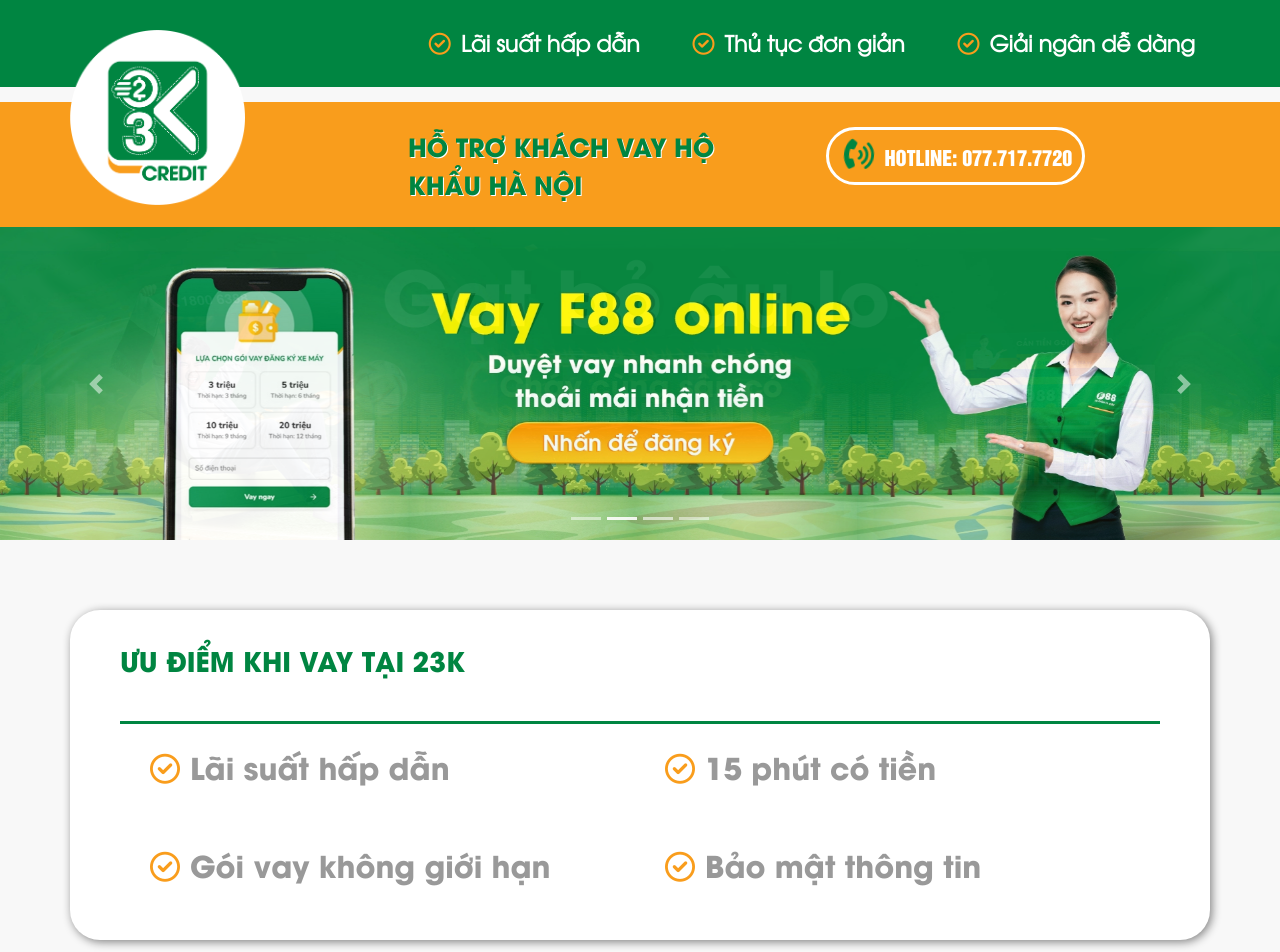
Repository: anhtu2110/23k.vn
Page: theme/index.html
The author's editor kept a copy of each file at every save. The page is drawn from the files as they stood at one save, then again after the next save.
The browser window is 1280 px wide. The pictures show the part of the page from y = 0 to 952 px (the page is 1984 px tall).
A picture or video elsewhere on the page could not be fetched, so the positions and the page height are approximate.

Above is the page before, as saved 2022-12-29 21:43:25.

After the next save:
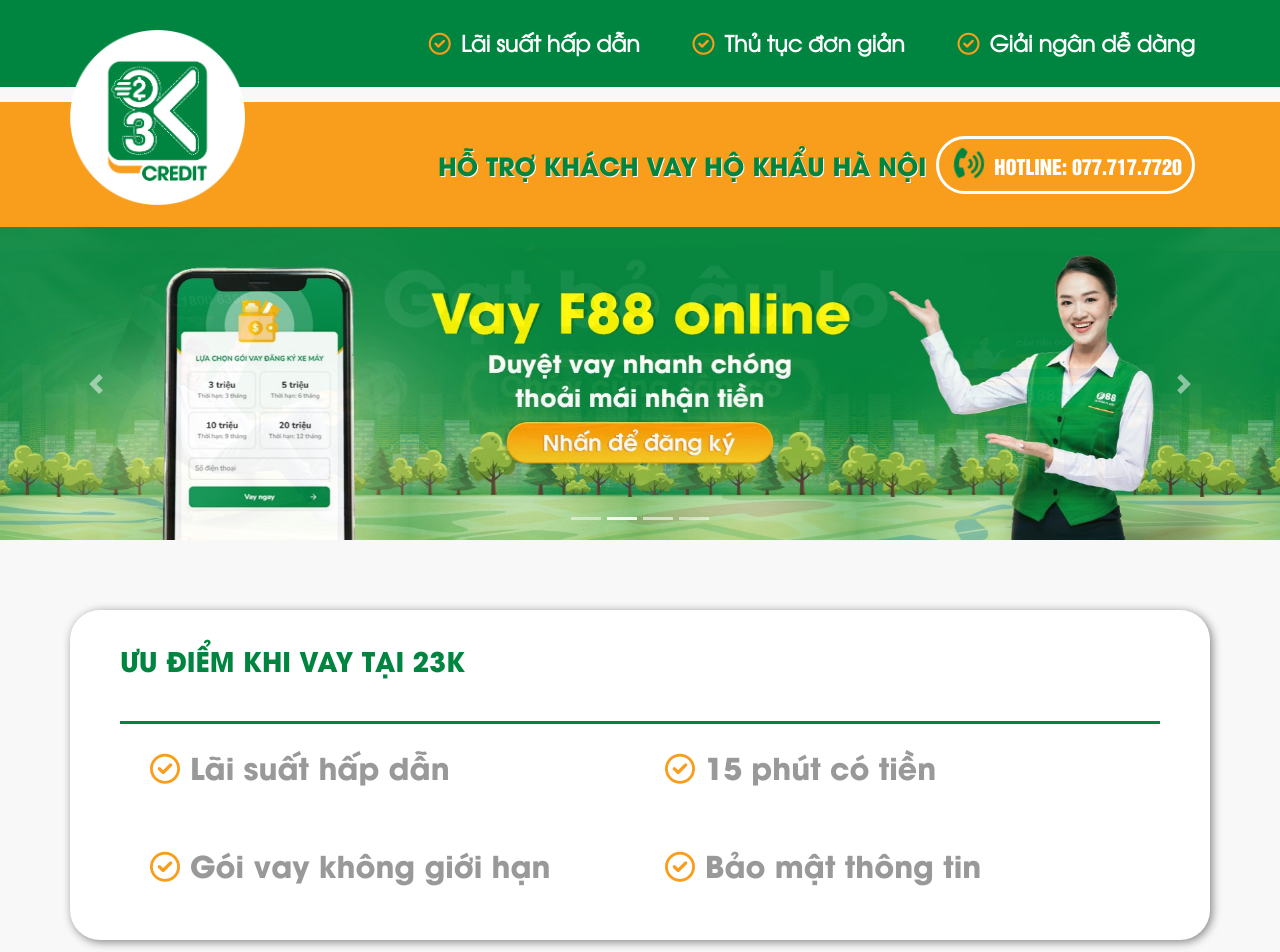
Saved 16 s later.
--- a/theme/index.html
+++ b/theme/index.html
@@ -40,23 +40,11 @@
             </div>
             <div class="header-bottom">
                 <div class="container">
-                    <div class="row">
-                        <!-- <div class="col-md-2"></div> -->
-                        <div class="col-md-6">
-                            <span class="content text-uppercase">Hỗ trợ khách vay hộ khẩu hà nội</span>
-                        </div>
-                        <div class="col-md-6">
-                            <a href="tel:0777177720" class="hotline text-decoration-none">
-                                <span class="icon-phone"><i class="fa-solid fa-phone-volume animation-phone"></i></span>
-                                <span>Hotline: 077.717.7720</span>
-                            </a>
-                        </div>
-                    </div>
-                    <!-- <span class="content text-uppercase">Hỗ trợ khách vay hộ khẩu hà nội</span> -->
-                    <!-- <a href="tel:0777177720" class="hotline text-decoration-none">
+                    <span class="content text-uppercase">Hỗ trợ khách vay hộ khẩu hà nội</span>
+                    <a href="tel:0777177720" class="hotline text-decoration-none">
                         <span class="icon-phone"><i class="fa-solid fa-phone-volume animation-phone"></i></span>
                         <span>Hotline: 077.717.7720</span>
-                    </a> -->
+                    </a>
                 </div>
             </div>
         </div>
